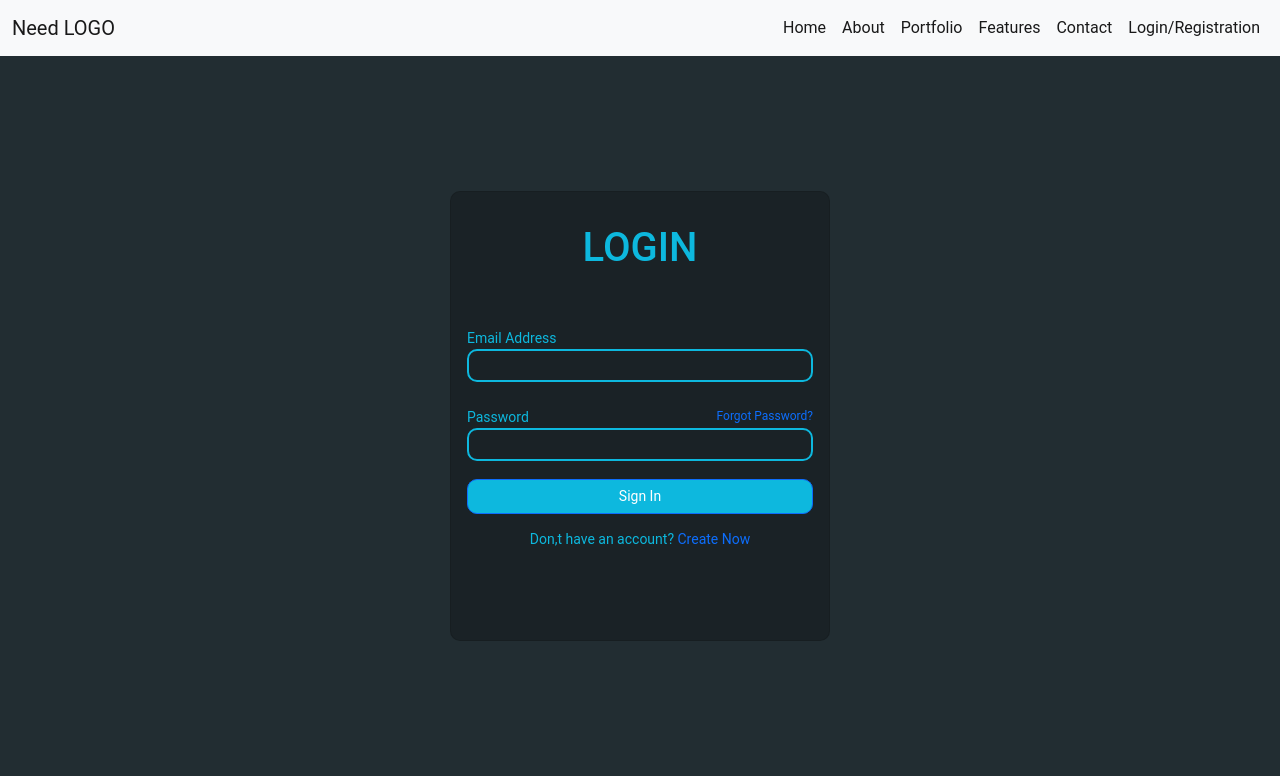
Repository: zjria/Bootstrap_logIn_1
Page: LoginPage/index.html
These files come from the project's save history. The page is drawn as it stood at one moment and after the next save; the edit follows.
The browser window is 1280 px wide. The pictures show the whole page.

Above is the page before, as saved 2022-06-19 10:50:37.

After the next save:
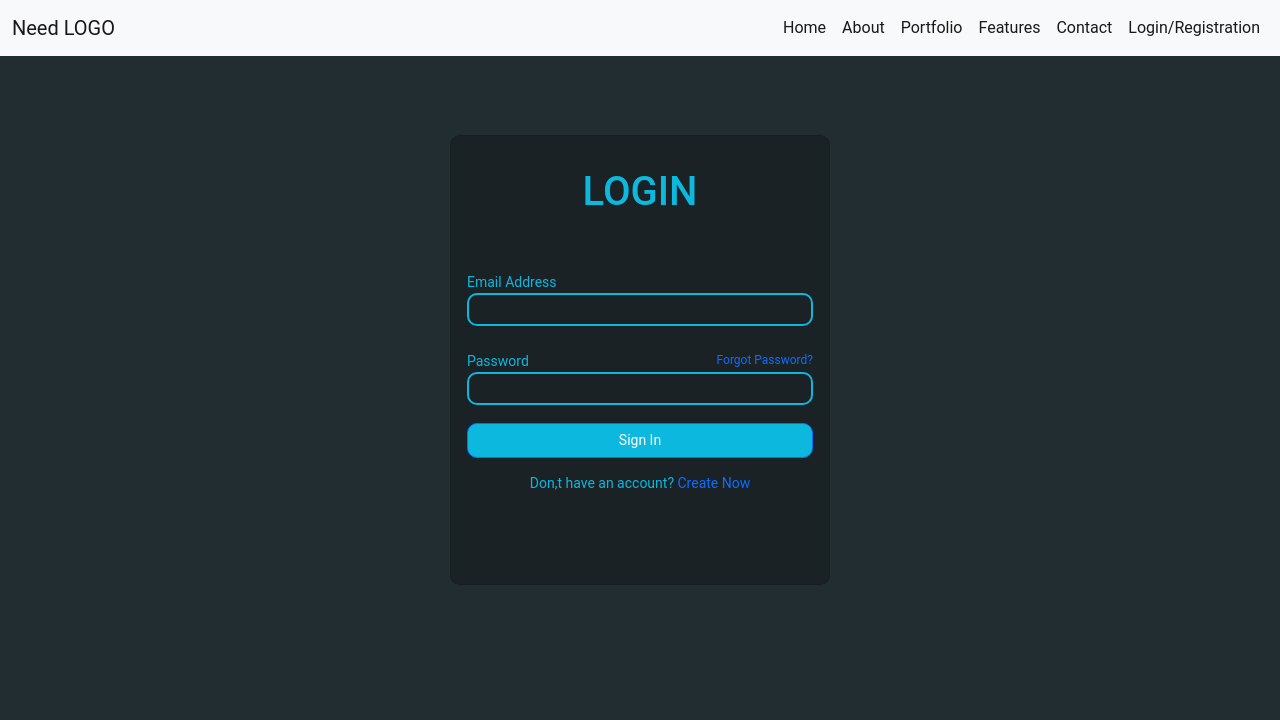
Saved 17 min 37 s later.
--- a/LoginPage/index.html
+++ b/LoginPage/index.html
@@ -18,7 +18,7 @@
 <body>
 
     <!-- Navbar -->
-    <nav class="navbar navbar-expand-lg navbar-light bg-light">
+    <nav class="navbar navbar-expand-lg navbar-light bg-light fixed-top">
         <div class="container-fluid">
           <a class="navbar-brand" href="#">Need LOGO</a>
           <button class="navbar-toggler" type="button" data-bs-toggle="collapse" data-bs-target="#navbarSupportedContent" aria-controls="navbarSupportedContent" aria-expanded="false" aria-label="Toggle navigation">
